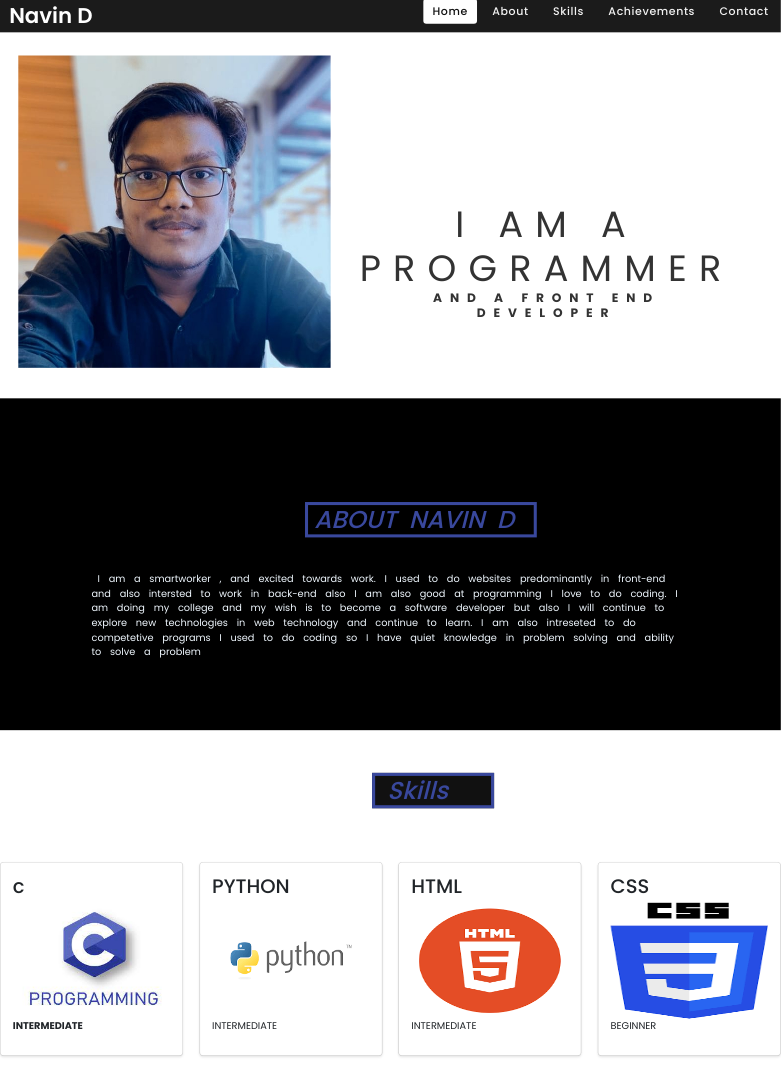
Repository: NavinDayanithi/OIBSIP
Page: Portfolio/index.html
An editor plug-in stored every save of this project. The page is shown before and after a run of saves, followed by the edit.
The browser window is 1280 px wide. The pictures show the whole page, at 61% of full size.

Above is the page before, as saved 2023-02-21 20:18:05.
Console error: TypeError: Cannot read properties of undefined (reading 'fn')

After the next 4 saves:
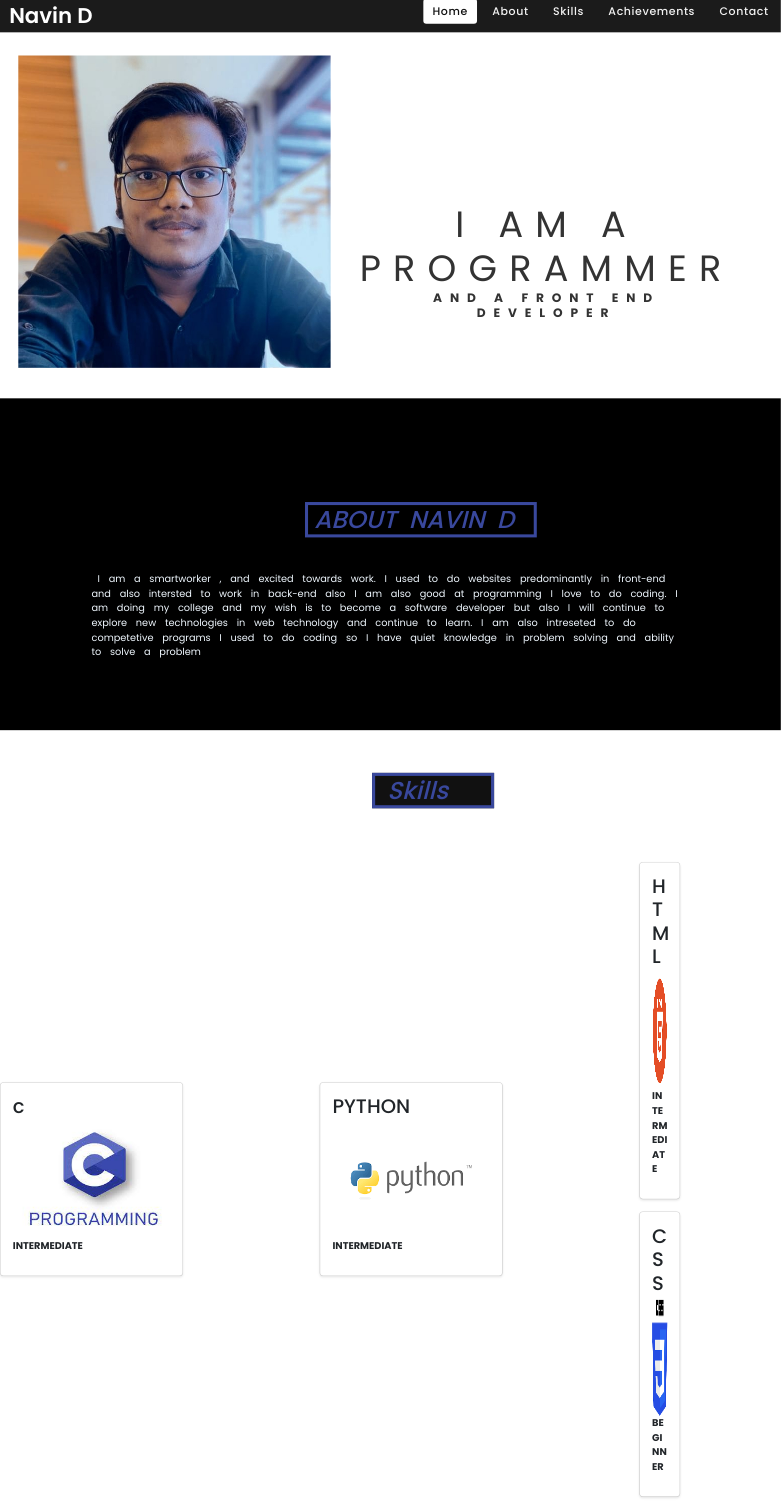
The 4 saves are shown as one change because they came seconds apart.
The last was saved 18 s later.
--- a/Portfolio/index.html
+++ b/Portfolio/index.html
@@ -67,7 +67,7 @@
    <div class="card">
      <h2>PYTHON</h2>
      <img class="py" src="py.png"></img>
-     <p>INTERMEDIATE</p>
+     <p><b>INTERMEDIATE</p>
    </div>
    <div class="card">
      <h2>HTML</h2>

After the save that followed:
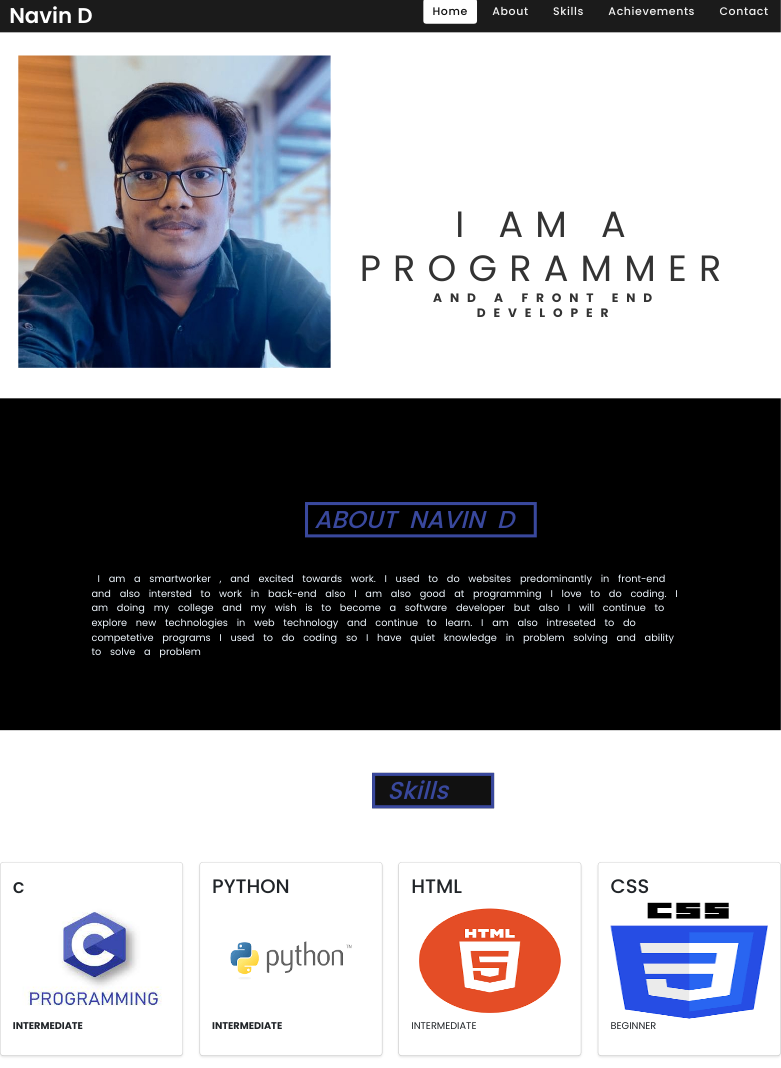
Saved 4 s later.
--- a/Portfolio/index.html
+++ b/Portfolio/index.html
@@ -67,7 +67,7 @@
    <div class="card">
      <h2>PYTHON</h2>
      <img class="py" src="py.png"></img>
-     <p><b>INTERMEDIATE</p>
+     <p><b>INTERMEDIATE</b></p>
    </div>
    <div class="card">
      <h2>HTML</h2>
